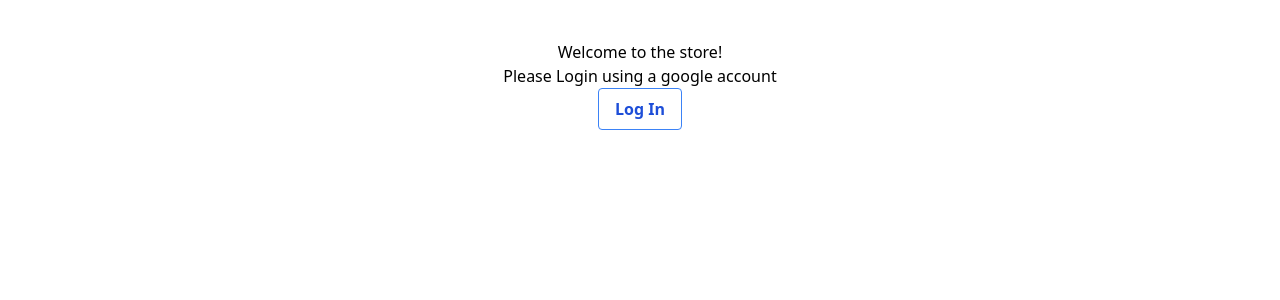
Repository: Siravian-index/rehab-store
Page: /store
An editor plug-in stored every save of this project. The page is shown before and after the next save, followed by the edit.
The browser window is 1280 px wide. The pictures show the whole page.
The project was rebuilt for these pictures with package versions that can differ from the ones it lists, and the page was loaded fresh each time. Also part of the build but not shown: craco.config.js, src/components/Footer.jsx, src/components/LogoutButton.jsx, src/components/Navbar.jsx.

Above is the page before, as saved 2021-11-01 08:45:05.

After the next save:
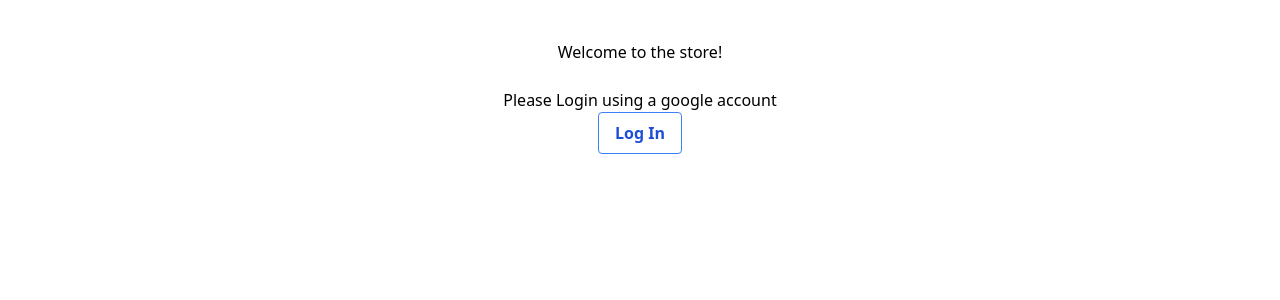
Saved 13 s later.
--- a/src/components/WelcomePage.jsx
+++ b/src/components/WelcomePage.jsx
@@ -3,7 +3,7 @@ import LoginButton from './LoginButton';
 const WelcomePage = () => {
   return (
     <div className='w-1/2 m-auto my-10'>
-      <h3 className='text-center'>Welcome to the store!</h3>
+      <h3 className='text-center my-6'>Welcome to the store!</h3>
       <p className='text-center'>Please Login using a google account </p>
       <div className='text-center'>
         <LoginButton />
